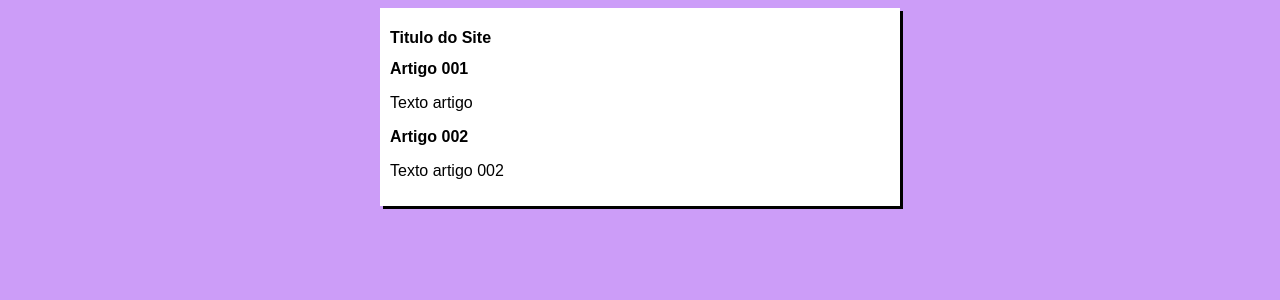
Repository: robertacristinaabreu01/projeto-siteGitHub
Page: index.html
The author's editor kept a copy of each file at every save. The page is drawn from the files as they stood at one save, then again after a run of saves.
The browser window is 1280 px wide. The pictures show the whole page.

Above is the page before, as saved 2021-01-23 21:50:44.

After the next 2 saves:
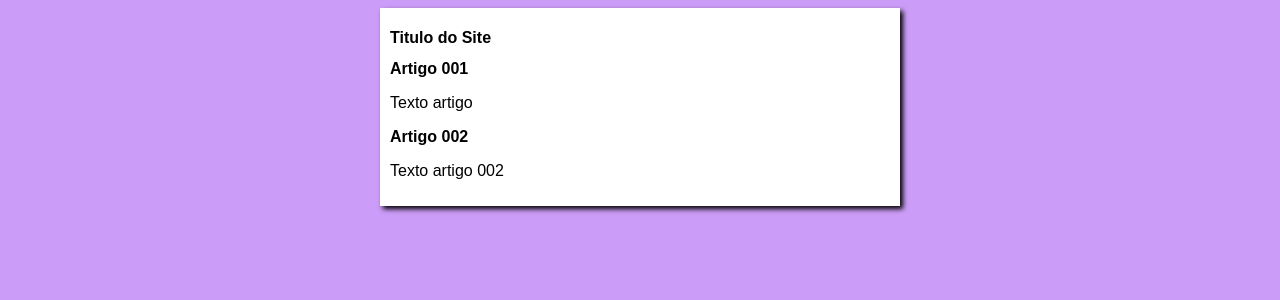
The 2 saves are shown as one change because they came seconds apart.
The last was saved 10 s later.
--- a/estilos/style.css
+++ b/estilos/style.css
@@ -12,5 +12,5 @@ main {
     width: 500px;
     padding: 10px;
     margin: auto;
-    box-shadow: 3px 3px
+    box-shadow: 3px 3px 5px black;
 }
